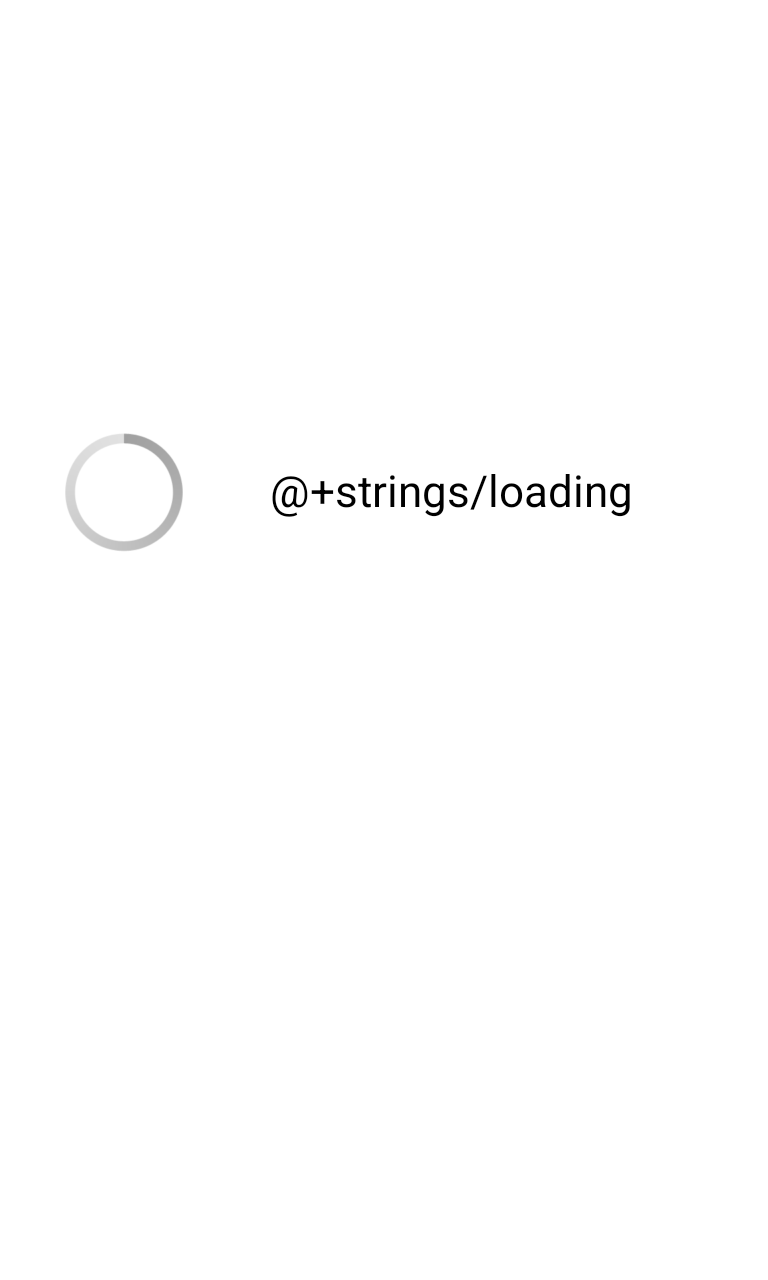
Repository: numaiomul/eclipse_workspace
Layout: CIS/res/layout/loading_scene.xml
An editor plug-in stored every save of this project. The layout is shown before and after the next save, followed by the edit.
It is drawn on a 768 x 1280 px phone screen (xhdpi) without system bars, with theme AppTheme; the app's code is not run.

Above is the layout before, as saved 2012-10-28 02:12:57.

### CIS/res/layout/loading_scene.xml
<?xml version="1.0" encoding="utf-8"?>
<AbsoluteLayout xmlns:android="http://schemas.android.com/apk/res/android"
    android:layout_width="match_parent"
    android:layout_height="match_parent" >

    <ProgressBar
        android:id="@+id/progressBar1"
        style="?android:attr/progressBarStyleLarge"
        android:layout_width="wrap_content"
        android:layout_height="wrap_content"
        android:layout_x="24dp"
        android:layout_y="208dp" />

    <TextView
        android:id="@+id/textView1"
        android:layout_width="wrap_content"
        android:layout_height="wrap_content"
        android:layout_x="135dp"
        android:layout_y="230dp"
        android:text="@+strings/loading"
        android:textAppearance="?android:attr/textAppearanceLarge" />

</AbsoluteLayout>

Loaded but not shown: CIS/res/values-v11/styles.xml (common file); CIS/res/values-v14/styles.xml (common file); CIS/res/values/styles.xml (common file)

After the next save:
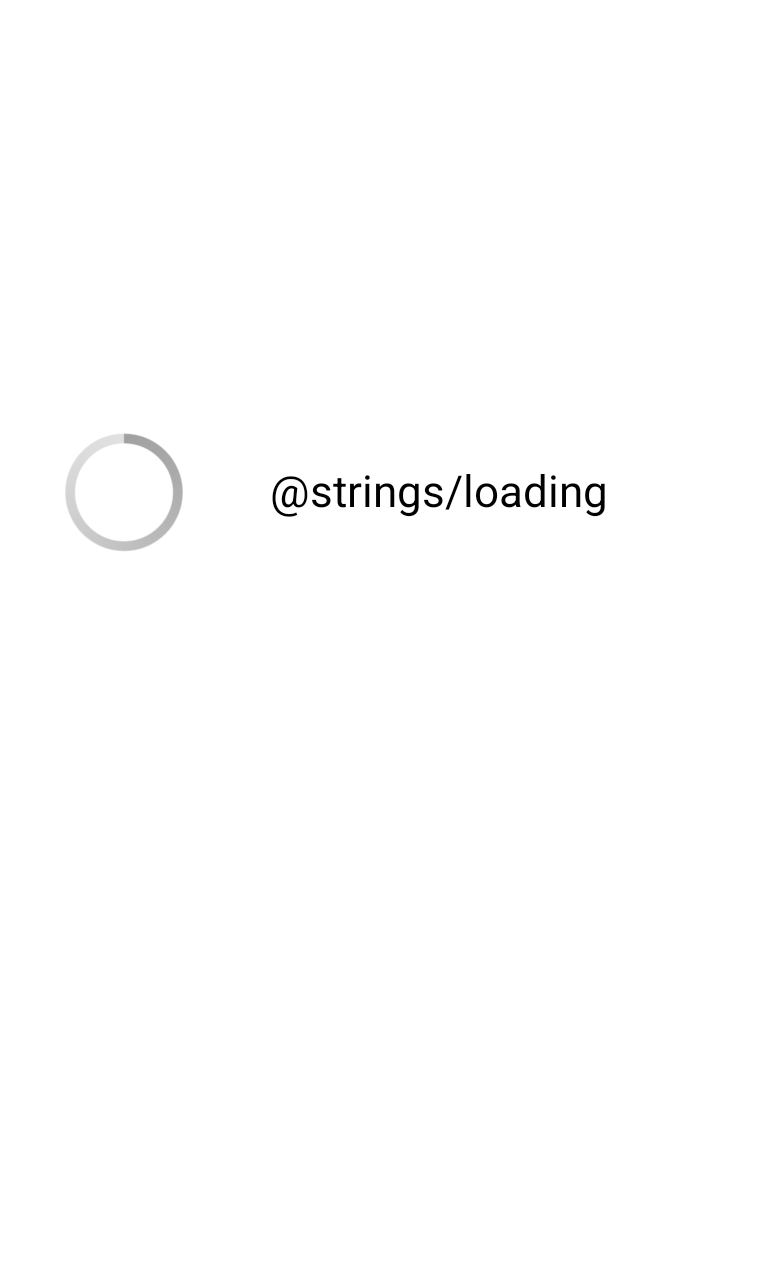
Saved 10 s later.
--- a/CIS/res/layout/loading_scene.xml
+++ b/CIS/res/layout/loading_scene.xml
@@ -17,7 +17,7 @@
         android:layout_height="wrap_content"
         android:layout_x="135dp"
         android:layout_y="230dp"
-        android:text="@+strings/loading"
+        android:text="@strings/loading"
         android:textAppearance="?android:attr/textAppearanceLarge" />
 
 </AbsoluteLayout>
